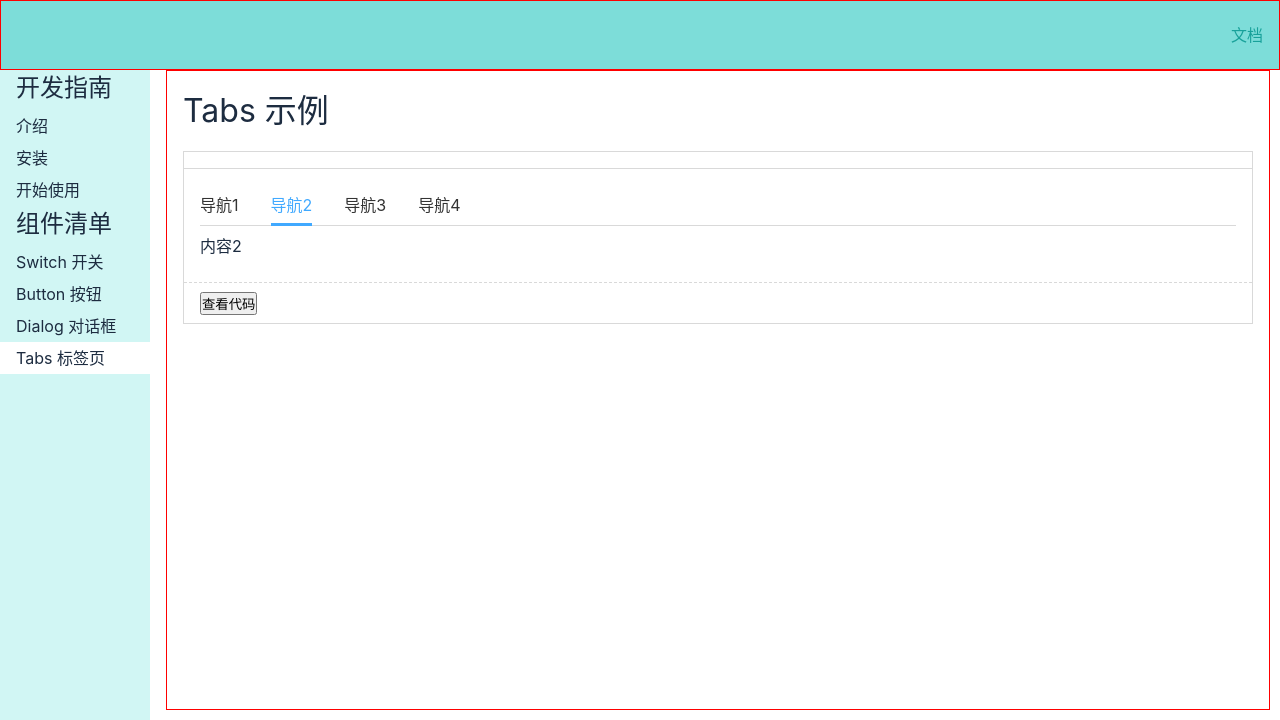
Repository: cnqinglin/vue3-vite-UI
Page: /#/doc/tabs
An editor plug-in stored every save of this project. The page is shown before and after the next save, followed by the edit.
The browser window is 1280 px wide. The pictures show the whole page.
The project was rebuilt for these pictures with package versions that can differ from the ones it lists, and the page was loaded fresh each time. Also part of the build but not shown: vite.config.ts, src/views/Home.vue, src/components/markdown.vue. Imported but missing from the stored project, and not drawn on this page: src/components/ButtonDemo.vue, src/components/DialogDemo.vue, src/components/SwitchDemo.vue.

Above is the page before, as saved 2022-04-20 07:39:45.

### index.html
<!DOCTYPE html>
<html lang="en">
<head>
  <meta charset="UTF-8">
  <link rel="icon" href="/favicon.ico" />
  <meta name="viewport" content="width=device-width, initial-scale=1.0">
  <title>Vite App</title>
  <script src="//at.alicdn.com/t/font_3335850_pz9r2az7n8.js"></script>
</head>
<body>
  <div id="app"></div>
  <script type="module" src="/src/main.ts"></script>
</body>
</html>

### src/main.ts
import "./lib/gulu.scss";
import "./index.scss";
import { createApp } from "vue";
import App from "./App.vue";
import { router } from "./router";
import "github-markdown-css";
import Markdown from './components/markdown.vue'

const app = createApp(App);
app.component('Markdown',Markdown)
app.use(router);
app.mount("#app");

### src/lib/gulu.scss
[class^="gulu-"], [class*=" gulu-"] {
  margin: 0;
  padding: 0;
  box-sizing: border-box;
  font-size: 16px;
  // 为什么这样写 font-family
  // 答案见 https://github.com/zenozeng/fonts.css/
  font-family: -apple-system, "Noto Sans", "Helvetica Neue", Helvetica,
    "Nimbus Sans L", Arial, "Liberation Sans", "PingFang SC", "Hiragino Sans GB",
    "Noto Sans CJK SC", "Source Han Sans SC", "Source Han Sans CN",
    "Microsoft YaHei", "Wenquanyi Micro Hei", "WenQuanYi Zen Hei", "ST Heiti",
    SimHei, "WenQuanYi Zen Hei Sharp", sans-serif;
}

### src/index.scss
* {
  margin: 0;
  padding: 0;
  box-sizing: border-box;
}
ul,
ol {
  list-style: none;
}
a {
  text-decoration: none;
  color: inherit;
  &:hover {
    text-decoration: underline;
    cursor: pointer;
  }
}
h1,
h2,
h3,
h4,
h5,
h6 {
  font-weight: normal;
}

body {
  line-height: 1.5;
  color: #1d2c40;
  font-size: 16px;
  // 为什么这样写 font-family
  // 答案见 https://github.com/zenozeng/fonts.css/
  font-family: -apple-system, "Noto Sans", "Helvetica Neue", Helvetica,
    "Nimbus Sans L", Arial, "Liberation Sans", "PingFang SC", "Hiragino Sans GB",
    "Noto Sans CJK SC", "Source Han Sans SC", "Source Han Sans CN",
    "Microsoft YaHei", "Wenquanyi Micro Hei", "WenQuanYi Zen Hei", "ST Heiti",
    SimHei, "WenQuanYi Zen Hei Sharp", sans-serif;
}

### src/App.vue
<template>
  <router-view />
</template>

<script lang="ts">
import { ref, provide } from "vue";
import { router } from "./router";

export default {
  name: "App",
  setup() {
    const width = document.documentElement.clientWidth;
    const menuVisible = ref(width <= 500 ? false : true);
    provide("menuVisible", menuVisible); // set
    router.afterEach(() => {
      if (width <= 500) {
        menuVisible.value = false;
      }
    });
  },
};
</script>

### src/router.ts
import { createWebHashHistory, createRouter } from "vue-router";
import Home from "./views/Home.vue";
import Doc from "./views/Doc.vue";
import SwitchDemo from "./components/SwitchDemo.vue";
import ButtonDemo from "./components/ButtonDemo.vue";
import DialogDemo from "./components/DialogDemo.vue";
import TabsDemo from "./components/TabsDemo.vue";
import DocDemo from "./components/DocDemo.vue";
import { h } from "vue";
import Markdown from './components/markdown.vue'

const history = createWebHashHistory();

const x = path => {
  return h(Markdown,{'path':`../markdown/${path}.md`,key:Math.random()})
}

export const router = createRouter({
  history: history,
  routes: [
    { path: "/", component: Home },
    {
      path: "/doc",
      component: Doc,
      children: [
        { path: "", redirect:'/doc/intro' },
        { path: "intro", component: x('intro')},
        { path: "install", component:x('install') },
        { path: "use", component: x('use')},
        { path: "switch", component: SwitchDemo },
        { path: "button", component: ButtonDemo },
        { path: "dialog", component: DialogDemo },
        { path: "tabs", component: TabsDemo },
      ],
    },
  ],
});
router.afterEach(() => {
  console.log("路由切换了");
});

### src/views/Doc.vue
<template>
  <div class="layout">
    <Topnav :toggleMenuButtonVisible="true" class="nav" />
    <div class="content">
      <aside v-if="menuVisible">
        <h2>开发指南</h2>
        <ol>
            <li>
            <router-link to="/doc/intro">介绍</router-link>
          </li>
          <li>
            <router-link to="/doc/install">安装</router-link>
          </li>
          <li>
            <router-link to="/doc/use">开始使用</router-link>
          </li>
        </ol>
        <h2>组件清单</h2>
        <ol>
          <li>
            <router-link to="/doc/switch">Switch 开关</router-link>
          </li>
          <li>
            <router-link to="/doc/button">Button 按钮</router-link>
          </li>
          <li>
            <router-link to="/doc/dialog">Dialog 对话框</router-link>
          </li>
          <li>
            <router-link to="/doc/tabs">Tabs 标签页</router-link>
          </li>
        </ol>
      </aside>
      <main class="main">
        <router-view />
      </main>
    </div>
  </div>
</template>
<script lang="ts">
import Topnav from "../components/Topnav.vue";
import { inject, Ref } from "vue";
export default {
  components: { Topnav },
  setup() {
    const menuVisible = inject<Ref<boolean>>("menuVisible"); // get
    return { menuVisible };
  },
};
</script>
<style lang="scss" scoped>
$z-index:10;
.layout {
  display: flex;
  flex-direction: column;
  height: 100vh;
  > .nav {
    flex-shrink: 0;
  }
  > .content {
    flex-grow: 1;
    padding-top: 60px;
    padding-left: 156px;
    @media (max-width: 500px) {
      padding-left: 0;
    }
  }
}
.content {
  display: flex;
  > aside {
    flex-shrink: 0;
  }
  > main {
    flex-grow: 1;
    padding: 16px;
    background: white;
  }
}
aside {
  background: rgb(209, 246, 244);
  width: 150px;
  padding: 16px 0px;
  position: fixed;
  top: 0;
  left: 0;
  padding-top: 70px;
  height: 100%;
  z-index:$z-index;
  > h2 {
    margin-bottom: 4px;
    padding: 0 16px;
  }
  > ol {
    > li {
      > a {
        display:block;
        text-decoration: none;
        padding:4px 16px;
      }
      .router-link-active {
        background:white;
      }
    }
  }
}
main {
  overflow: auto;
  border: 1px solid red;
  padding-top: 20px;
  padding-left: 20px;
  margin: 10px 10px;
  background-color:gray ;
}
</style>

### src/components/TabsDemo.vue
<template>
<h1>Tabs 示例</h1>
<Demo :component="Tabs1Demo" />
</template>

<script lang="ts">
import Demo from './Demo.vue'
import Tabs1Demo from './Tabs1.demo.vue'
export default {
  components: {
    Demo
  },
  setup() {
    return {
      Tabs1Demo
    }
  }
}
</script>

### src/components/Topnav.vue
<template>
  <div class="topnav">
    <router-link to="/" class="logo">
      <svg class="icon" aria-hidden="true">
        <use xlink:href="#icon-vue3-UI"></use>
    </svg>
    </router-link>
    <ul class="menu">
      <router-link to="/doc">文档</router-link>
    </ul>
    <svg v-if="toggleMenuButtonVisible" class="toggleAside" @click="toggleMenu">
      <use xlink:href="#icon-menu"></use>
    </svg>
  </div>
</template>
<script lang="ts">
import { inject, Ref } from "vue";
export default {
  props:{
    toggleMenuButtonVisible:{
      type:Boolean,
      default:false
    }
  },
  setup() {
    const menuVisible = inject<Ref<boolean>>("menuVisible"); // get
    const toggleMenu = () => {
      menuVisible.value = !menuVisible.value;
    };
    return { toggleMenu };
  },
};
</script>
<style lang="scss" scoped>
$text-color:#18a19a;
    .icon {
       width: .5em; height: .5em;
       vertical-align: -0.15em;
       fill: currentColor;
       overflow: hidden;
    }

.topnav {
  // background: pink;
  color:$text-color;
  display: flex;
  padding: 16px;
  position: fixed;
  z-index: 20;
  top: 0;
  left: 0;
  width: 100%;
  z-index: 20;
  justify-content: center;
  align-items: center;
  border: 1px solid red;
  background: #7dddd9;
  > .logo {
    max-width: 6em;
    margin-right: auto;
    > svg {
      width :32px;
      height:32px;
    }
  }
  > .menu {
    display: flex;
    white-space: nowrap;
    flex-wrap: nowrap;
    > li {
      margin: 0 3em;
    }
  }
  > .toggleAside {
    width: 24px;
    height: 24px;
    background: fade-out(black, 0.9);
    position: absolute;
    left: 16px;
    top: 50%;
    transform: translateY(-50%);
    display: none;
  }
  @media (max-width: 500px) {
    > .menu {
      display: none;
    }
    > .logo {
      margin: 0 auto;
    }
    > .toggleAside {
      display: inline-block;
    }
  }
}
</style>

### src/components/demo.vue
<template>
    <div class="demo">
    <h2>{{component.__sourceCodeTitle}}</h2>
    <div class="demo-component">
      <component :is="component" />
    </div>
    <div class="demo-actions">
      <Button @click="visible = !visible">查看代码</Button>
    </div>
    <div class="demo-code" v-if="visible">
      <pre>{{component.__sourceCode}}</pre>
    </div>
  </div>
</template>
<script lang="ts">
import Button from '../lib/Button.vue'
import {ref} from 'vue'
export default{
    props:{
        component:Object,
    },
    setup(){
        const visible = ref(false);
        return {
            visible
        }
    }
}
</script>
<style lang="scss" scoped>
$border-color: #d9d9d9;
.demo {
  border: 1px solid $border-color;
  margin: 16px 0 32px;
  >h2 {
    font-size: 20px;
    padding: 8px 16px;
    border-bottom: 1px solid $border-color;
  }
  &-component {
    padding: 16px;
  }
  &-actions {
    padding: 8px 16px;
    border-top: 1px dashed $border-color;
  }
  &-code {
    padding: 8px 16px;
    border-top: 1px dashed $border-color;
    >pre {
      line-height: 1.1;
      font-family: Consolas, 'Courier New', Courier, monospace;
      margin: 0;
    }
  }
}
</style>

### src/components/Tabs1.demo.vue
<demo>
常规使用
</demo>
<template>
<Tabs v-model:selected="x">
  <Tab title="导航1">内容1</Tab>
  <Tab title="导航2">内容2</Tab>
  <Tab title="导航3">内容3</Tab>
  <Tab title="导航4">内容4</Tab>
</Tabs>
</template>

<script lang="ts">
import Tabs from '../lib/Tabs.vue'
import Tab from '../lib/Tab.vue'
import {
  ref
} from 'vue'
export default {
  components: {
    Tabs,
    Tab
  },
  setup() {
    const x = ref('导航2')
    return {
      x
    }
  }
}
</script>

### src/lib/tabs.vue
<template>
<div class="gulu-tabs">
  <div class="gulu-tabs-nav" ref="container">
    <div class="gulu-tabs-nav-item" v-for="(t,index) in titles" :ref="el => { if (t===selected) selectedItem = el }" @click="select(t)" :class="{selected: t=== selected}" :key="index">{{t}}</div>
    <div class="gulu-tabs-nav-indicator" ref="indicator"></div>
  </div>
  <div class="gulu-tabs-content">
    <component :is="current" :key="current.props.title" />
  </div>
</div>
</template>

<script lang="ts">
import Tab from './Tab.vue'
import {
  computed,
  ref,
  watchEffect,
  onMounted
} from 'vue'
export default {
  props: {
    selected: {
      type: String
    }
  },
  setup(props, context) {
    const selectedItem = ref < HTMLDivElement > (null)
    const indicator = ref < HTMLDivElement > (null)
    const container = ref < HTMLDivElement > (null)
    onMounted(() => {
      watchEffect(() => {
        const {
          width
        } = selectedItem.value.getBoundingClientRect()
        indicator.value.style.width = width + 'px'
        const {
          left: left1
        } = container.value.getBoundingClientRect()
        const {
          left: left2
        } = selectedItem.value.getBoundingClientRect()
        const left = left2 - left1
        indicator.value.style.left = left + 'px'
      })
    })
    const defaults = context.slots.default()
    defaults.forEach((tag) => {
      if (tag.type !== Tab) {
        throw new Error('Tabs 子标签必须是 Tab')
      }
    })
    const current = computed(() => {
      return defaults.find(tag => tag.props.title === props.selected)
    })
    const titles = defaults.map((tag) => {
      return tag.props.title
    })
    const select = (title: string) => {
      context.emit('update:selected', title)
    }
    return {
      current,
      defaults,
      titles,
      select,
      selectedItem,
      indicator,
      container
    }
  }
}
</script>

<style lang="scss">
$blue: #40a9ff;
$color: #333;
$border-color: #d9d9d9;
.gulu-tabs {
  &-nav {
    display: flex;
    color: $color;
    border-bottom: 1px solid $border-color;
    position: relative;
    &-item {
      padding: 8px 0;
      margin: 0 16px;
      cursor: pointer;
      &:first-child {
        margin-left: 0;
      }
      &.selected {
        color: $blue;
      }
    }
    &-indicator {
      position: absolute;
      height: 3px;
      background: $blue;
      left: 0;
      bottom: -1px;
      width: 100px;
      transition: all 250ms;
    }
  }
  &-content {
    padding: 8px 0;
  }
}
</style>

### src/lib/tab.vue
<template>
    <div>
        <slot />
    </div>
</template>

After the next save:
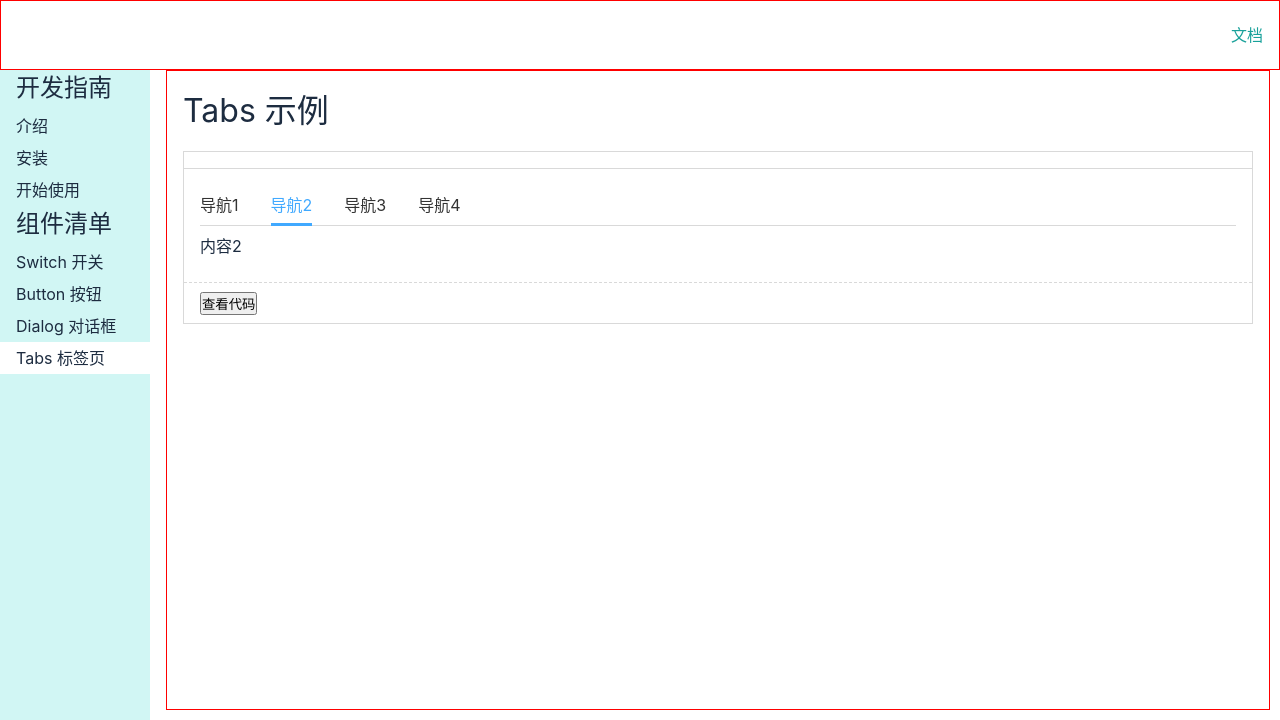
Saved 94 s later.
--- a/src/components/Topnav.vue
+++ b/src/components/Topnav.vue
@@ -54,7 +54,7 @@
   justify-content: center;
   align-items: center;
   border: 1px solid red;
-  background: #7dddd9;
+  background: rgb(255,255,255);
   > .logo {
     max-width: 6em;
     margin-right: auto;
